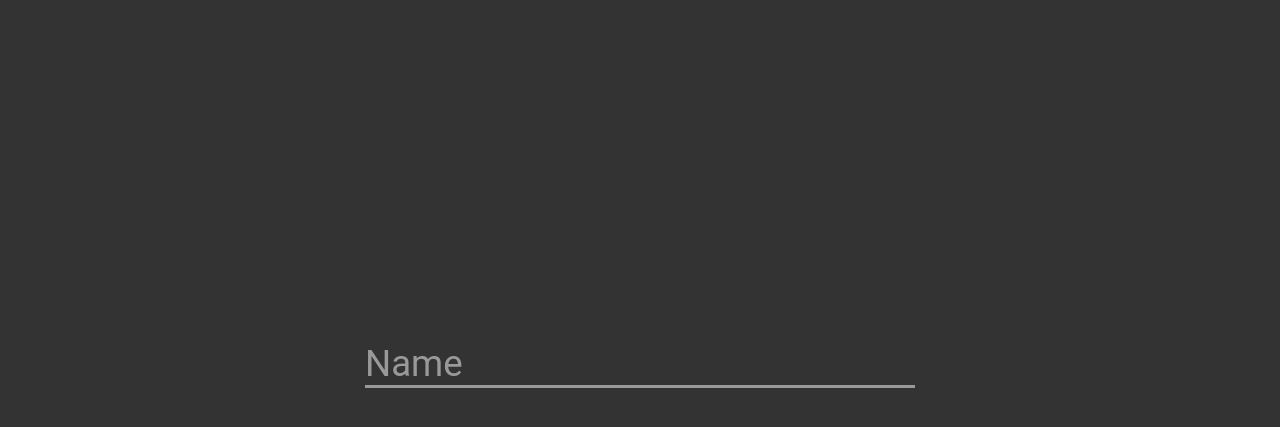
Repository: rektyyy/henhouse
Page: client/index.html
The author's editor kept a copy of each file at every save. The page is drawn from the files as they stood at one save, then again after the next save.
The browser window is 1280 px wide. The pictures show the whole page.

Above is the page before, as saved 2023-12-30 10:16:28.
Console error: TypeError: Cannot read properties of null (reading 'addEventListener')

### client/index.html
<!DOCTYPE html>
<html lang="en">

<head>
    <meta name="viewport" content="width=device-width, initial-scale=1.0">
    <title>Cool Start Page</title>
    <link rel="stylesheet" type="text/css" href="styles_index.css">
</head>

<body>
    <div class="centered">
        <div class="group">
          <input type="text" id="name" required>
          <label for="name">Name</label>
          <div class="bar"></div>
        </div>
      </div>

    <!-- <h1>Are you ready to play games?</h1>

    <input id="input_room" autocomplete="off" />
    <button id="button_room" type="submit">Join room</button> -->

    <script type="text/javascript" src="index.js"></script>
</body>

</html>

### client/styles_index.css
* {
  box-sizing: border-box;
}

body {
  background: #333;
}

.centered {
  width: 550px;
  height: 110px;
  margin: auto;
  position: absolute;
  top: 0;
  bottom: 0;
  left: 0;
  right: 0;
}

.group {
  width: 100%;
  height: 110px;
  overflow: hidden;
  position: relative;
}

label {
  position: absolute;
  top: 36.6666666667px;
  color: rgba(255, 255, 255, 0.5);
  font: 400 36.6666666667px Roboto;
  cursor: text;
  transition: 0.25s ease;
}

input {
  display: block;
  width: 100%;
  padding-top: 36.6666666667px;
  border: none;
  border-radius: 0;
  color: white;
  background: #333;
  font-size: 36.6666666667px;
  transition: 0.3s ease;
}
input:valid ~ label {
  top: 0;
  font: 700 22px Roboto;
  color: rgba(255, 255, 255, 0.5);
}
input:focus {
  outline: none;
}
input:focus ~ label {
  top: 0;
  font: 700 22px Roboto;
  color: #2196f3;
}
input:focus ~ .bar:before {
  transform: translateX(0);
}
input:-webkit-autofill {
  -webkit-box-shadow: 0 0 0px 1000px #333 inset;
  -webkit-text-fill-color: white !important;
}

.bar {
  background: rgba(255, 255, 255, 0.5);
  content: "";
  width: 550px;
  height: 3.6666666667px;
  transition: 0.3s ease;
  position: relative;
}
.bar:before {
  content: "";
  position: absolute;
  width: 100%;
  height: 150%;
  background: #2196f3;
  transform: translateX(-100%);
}

::selection {
  background: rgba(33, 150, 243, 0.3);
}

/*# sourceMappingURL=styles_index.css.map */

### client/index.js
const input_room = document.getElementById('input_room');
const button_room = document.getElementById('button_room');

// Joins room
button_room.addEventListener('click', () => {
    if (input_room.value) {
        currentRoomId = input_room.value;
        input_room.value = '';
        window.location.href = `/game.html?room=${currentRoomId}`;
    }
});

After the next save:
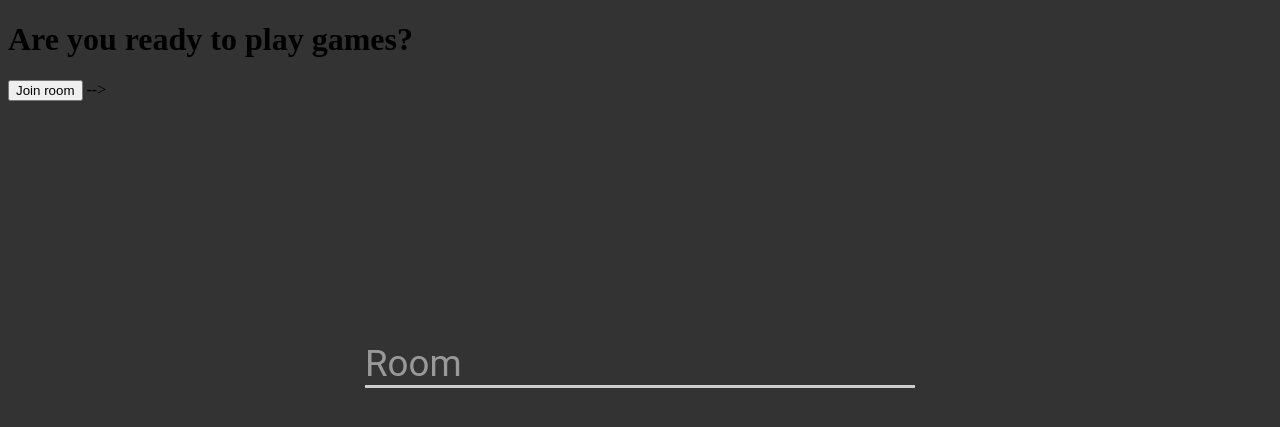
The error is gone.
Saved 86 s later.
--- a/client/index.html
+++ b/client/index.html
@@ -8,17 +8,23 @@
 </head>
 
 <body>
+    <h1>Are you ready to play games?</h1>
     <div class="centered">
         <div class="group">
-          <input type="text" id="name" required>
-          <label for="name">Name</label>
-          <div class="bar"></div>
+            <input type="text" id="name" required>
+            <label for="name">Name</label>
+            <div class="bar"></div>
         </div>
-      </div>
+    </div>
 
-    <!-- <h1>Are you ready to play games?</h1>
 
-    <input id="input_room" autocomplete="off" />
+    <div class="centered">
+        <div class="group">
+            <input type="text" id="name" required>
+            <label for="name">Room</label>
+            <div class="bar"></div>
+        </div>
+    </div>
     <button id="button_room" type="submit">Join room</button> -->
 
     <script type="text/javascript" src="index.js"></script>
